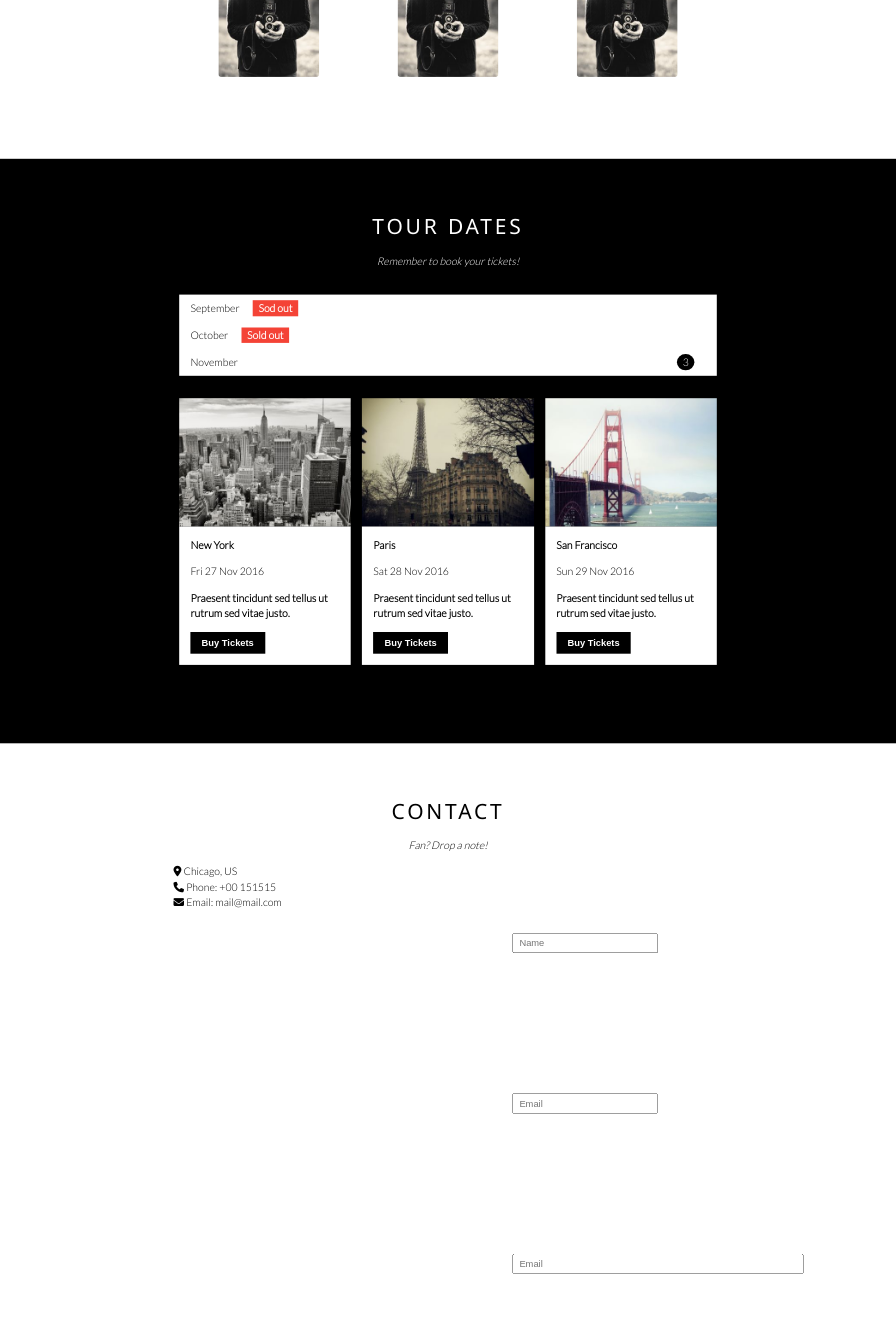
Repository: vanmanhAI/project-03-w3
Page: index.html
These files come from the project's save history. The page is drawn as it stood at one moment and after a run of saves; the edit follows.
The browser window is 1280 px wide. The pictures show the part of the page from y = 1127 to 3047 px (the page is 3047 px tall before and 2428 px after), at 70% of full size.
Some web libraries are served in a nearby version.

Above is the page before, as saved 2022-07-13 10:37:49.

### index.html
<!DOCTYPE html>
<html lang="en">
<head>
    <meta charset="UTF-8">
    <meta http-equiv="X-UA-Compatible" content="IE=edge">
    <meta name="viewport" content="width=device-width, initial-scale=1.0">
    <title>Document</title>
    <link rel="stylesheet" href="./assets/css/style.css">
    <!-- icons -->
    <link rel="stylesheet" href="https://cdnjs.cloudflare.com/ajax/libs/font-awesome/6.1.1/css/all.min.css" integrity="sha512-KfkfwYDsLkIlwQp6LFnl8zNdLGxu9YAA1QvwINks4PhcElQSvqcyVLLD9aMhXd13uQjoXtEKNosOWaZqXgel0g==" crossorigin="anonymous" referrerpolicy="no-referrer" />
    <!-- font -->
    <link rel="preconnect" href="https://fonts.googleapis.com">
<link rel="preconnect" href="https://fonts.gstatic.com" crossorigin>
<link href="https://fonts.googleapis.com/css2?family=Lato:wght@300&display=swap" rel="stylesheet">
</head>
<body>
    <div id="main">
        <div id="header">
            <ul id="nav">
                <li><a href="#">home</a></li>
                <li><a href="#content-band">band</a></li>
                <li><a href="#content-tour">tour</a></li>
                <li><a href="#">contact</a></li>
                <li>
                    <a href="#">
                        more
                        <i class="fa-solid fa-caret-down subnav-caret"></i>
                    </a>
                    <ul class="subnav">
                        <li><a href="#">merchandise</a></li>
                        <li><a href="#">extras</a></li>
                        <li><a href="#">media</a></li>
                    </ul>
                </li>
            </ul>
            <i class="fa-solid fa-magnifying-glass header-search"></i>
        </div>

        <div id="slider">
            <div class="slider-desc">
                <h3 class="slider-name">chicago</h3>
                <b class="slider-content">Thank you, Chicago - A night we won't forget.</b>
            </div>
        </div>

        <div id="content">
            <div class="content-section" id="content-band">
                <h3 class="section-heading" >the band</h3>
                <p class="section-sub-heading">We love music</p>
                <p class="about">We have created a fictional band website. Lorem ipsum dolor sit amet, consectetur adipiscing elit, sed do eiusmod tempor incididunt ut labore et dolore magna aliqua. Ut enim ad minim veniam, quis nostrud exercitation ullamco laboris nisi ut aliquip ex ea commodo consequat. Duis aute irure dolor in reprehenderit in voluptate velit esse cillum dolore eu fugiat nulla pariatur. Excepteur sint occaecat cupidatat non proident, sunt in culpa qui officia deserunt mollit anim id est laborum consectetur adipiscing elit, sed do eiusmod tempor incididunt ut labore et dolore magna aliqua. Ut enim ad minim veniam, quis nostrud exercitation ullamco laboris nisi ut aliquip ex ea commodo consequat.</p>
                <div class="members-list text-center">
                    <div class="col col-third">
                        <p class="member-name">name</p>
                        <img src="./assets/img/Band/member1.jpg" alt="name" class="member-img">
                    </div>
                    <div class="col col-third">
                        <p class="member-name">name</p>
                        <img src="./assets/img/Band/member1.jpg" alt="name" class="member-img">
                    </div>
                    <div class="col col-third">
                        <p class="member-name">name</p>
                        <img src="./assets/img/Band/member1.jpg" alt="name" class="member-img">
                    </div>
                </div>
            </div>
            <div class="tour-section">
                <div class="content-section" id="content-tour">
                    <h3 class="section-heading text-white">tour dates</h3>
                    <p class="section-sub-heading text-white">Remember to book your tickets!</p>
                    <br>
                    <ul class="tickets-list">
                        <li>September <span class="sold-out">Sod out</span></li>
                        <li>October <span class="sold-out">Sold out</span></li>
                        <li>November <span class="quantity">3</span></li>
                    </ul>
                    <div class="places-list row">
                        <div class="col-third col">
                            <img src="./assets/img/Places/newyork.jpg" alt="New York" class="place-img">
                            <div class="place-body">
                                <h4 class="place-heading">new york</h4>
                                <p class="place-time">Fri 27 Nov 2016</p>
                                <p class="place-desc">Praesent tincidunt sed tellus ut rutrum sed vitae justo.</p>
                                <button class="place-buy-btn js-buy-ticket">Buy Tickets</button>
                            </div>
                        </div>
                        <div class="col-third col">
                            <img src="./assets/img/Places/paris.jpg" alt="Paris" class="place-img">
                            <div class="place-body">
                                <h4 class="place-heading">paris</h4>
                                <p class="place-time">Sat 28 Nov 2016</p>
                                <p class="place-desc">Praesent tincidunt sed tellus ut rutrum sed vitae justo.</p>
                                <button class="place-buy-btn js-buy-ticket">Buy Tickets</button>
                            </div>
                        </div>
                        <div class="col-third col">
                            <img src="./assets/img/Places/sanfran.jpg" alt="San Francisco" class="place-img">
                            <div class="place-body">
                                <h4 class="place-heading">san francisco</h4>
                                <p class="place-time">Sun 29 Nov 2016</p>
                                <p class="place-desc">Praesent tincidunt sed tellus ut rutrum sed vitae justo.</p>
                                <button class="place-buy-btn js-buy-ticket">Buy Tickets</button>
                            </div>
                        </div>
                    </div>
                </div>
            </div>
            <div class="content-section">
                <h3 class="section-heading">contact</h3>
                <p class="section-sub-heading">Fan? Drop a note!</p>
                <div class="row">
                    <div class="col col-half">
                        <p>
                            <i class="fa-solid fa-location-dot"></i>
                            Chicago, US
                        </p>
                        <p>
                            <i class="fa-solid fa-phone"></i>
                            Phone: +00 151515
                        </p>
                        <p>
                            <i class="fa-solid fa-envelope"></i>
                            Email: mail@mail.com
                        </p>
                    </div>
                    <div class="col col-half">
                        <form action="">
                            <div class="row">
                                <input type="text" name="" id="" class="form-control col col-half" placeholder="Name">
                                <input type="email" name="" id="" class="form-control col col-half" placeholder="Email">
                            </div>
                            <div class="row">
                                <input type="email" name="" id="" class="form-control col col-full" placeholder="Email">
                            </div>
                        </form>
                    </div>
                </div>
            </div>
        </div>
        <div id="footer"></div>
    </div>
    <div class="modal js-modal">
        <div class="modal-container js-modal-container">
            <div class="modal-header">
                <button class="modal-close js-modal-close">✕</button>
                <h3 class="modal-heading">
                    <i class="fa-solid fa-suitcase modal-bag"></i>
                    Tickets
                </h3>
            </div>
            <div class="modal-body">
                <label for="ticket-quantity" class="modal-label">
                    <i class="fa-solid fa-cart-shopping modal-shopping"></i>
                    Tickets, $15 per person
                </label>
                <input type="text" name="" id="ticket-quantity" placeholder="How many?" class="modal-input">
                <label for="ticket-email" class="modal-label">
                    <i class="fa-solid fa-user modal-user"></i>
                    Send To
                </label>
                <input type="text" name="" id="ticket-email" placeholder="Enter email" class="modal-input">
                <button class="modal-btn-pay">
                    PAY
                    <i class="fa-solid fa-check modal-check"></i>
                </button>
                <button class="modal-btn-close js-modal-close">
                    Close
                    <i class="fa-solid fa-xmark modal-xmark"></i>
                </button>
                <p class="modal-assit">
                    Need
                    <a href="#" class="modal-help">help?</a>
                </p>
            </div>
        </div>
    </div>
    <script>
        const buyBtns = document.querySelectorAll('.js-buy-ticket')
        const modal = document.querySelector('.js-modal')
        const modalCloses = document.querySelectorAll('.js-modal-close')
        const modalContainer = document.querySelector('.js-modal-container')
        modal.addEventListener('click', closeModal)
        modalContainer.addEventListener('click', function (event) {
            event.stopPropagation()
        })
        function closeModal() {
            modal.classList.remove('open')
        }
        function showBuyTicKets() {
            modal.classList.add('open')
        }
        for(const modalClose of modalCloses) {
            modalClose.addEventListener('click', closeModal)
        }
        for(const buyBtn of buyBtns) {
            buyBtn.addEventListener('click',  showBuyTicKets)
        }
    </script>
</body>
</html>

### assets/css/style.css
* {
    padding: 0;
    margin: 0;
    box-sizing: border-box;
}
html {
    font-size: 62.5%;
}
:root {
    --lineheight-nav: 2.25rem;
    --padding-nav: 1.2rem;
}
/* common */
.text-white {
    color: #fff ! important;
}
.text-center {
    text-align: center ! important;
}
.row {
    margin-left: -1.6rem;
    margin-right: -1.6rem;
}
.col {
    float: left;
    padding-left: 0.8rem;
    padding-right: 0.8rem;
}
.col-full {
    width: 100%;
}
.col-half {
    width: 50%;
}
.col-third {
    width: calc(100%/3);
}
/* main */
#main {

}
#header {
    position: fixed;
    z-index: 1;
    top: 0;
    left: 0;
    right: 0;
    background: #000;
    font-size: 1.5rem;
    font-family: 'Lato', sans-serif;
    font-weight: bold;
    line-height: var(--lineheight-nav);
}
#header:after {
    content: "";
    display: block;
    clear: both;
}
#header .header-search {
    color: #fff;
    display: block;
    float: right;
    padding: var(--padding-nav) 2.4rem;
    line-height: var(--lineheight-nav);
    cursor: pointer;
}
#header .header-search:hover {
    background: #f44336
}
#header #nav>li {
    position: relative;
    text-align: center;
    cursor: pointer;
    float: left;
}
#header #nav>li>a {
    display: block;
    padding: var(--padding-nav) 2.4rem;
}
#header #nav>li:last-child:hover .subnav {
    width: 16rem;
}
#header #nav li:hover {
    background: #ccc;
}
#header #nav>li:hover>a {
    color: #000;
}
#nav li {
    list-style-type: none;
    position: relative;
}
#nav li .subnav-caret {
    text-transform: none;
    text-align: center;
}
#nav li a {
    color: #fff;
    text-decoration: none;
    text-transform: uppercase;
}
#nav .subnav {
    position: absolute;
    width: 0;
    overflow: hidden;
    top: 100%;
    left: 0;
    background: #fff;
    color: #000;
    box-shadow: 0 0 4px 0 #ccc;
    transition: width 0.3s linear;
}
#nav .subnav li {
    padding: 0.8rem 1.6rem;
    text-align: left;
    min-width: 16rem;
}
#nav .subnav li a {
    color: #000;
    text-transform: capitalize;
}
#slider {
    position: relative;
    margin-top: calc(var(--lineheight-nav) + 2*var(--padding-nav));
    background: #ccc;
    padding-top: 50%;
    max-height: 100vh;
    background: url('/assets/img/sliders/chicago.jpg') top/cover no-repeat
}
.slider-desc{
    position: absolute;
    bottom: 0;
    left: 50%;
    transform: translatex(-50%);
    color: #fff;
    padding: 3.2rem 1.6rem;
    text-align: center;
    font-size: 1.5rem;
    font-family: 'Lato', sans-serif;

}
.slider-name{
    text-transform: capitalize;
    font-size: 2.4rem;
    line-height: 3.6rem;
    margin: 1rem 0;
}
.slider-content{
    line-height: 1.5;
    font-size: 1.5rem;
}
#content {
    line-height: 1.5;
}
#content .content-section {
    max-width: 80rem;
    margin: 0 auto;
    padding: 6.4rem 1.6rem;
    font-size: 1.5rem;
    font-family: 'Lato', sans-serif;
}
#content .section-heading {
    font-size: 3rem;
    text-transform: uppercase;
    line-height: 4.5rem;
    margin: 1rem 0;
    text-align: center;
    letter-spacing: 0.4rem;
    font-family: "Segoe UI",Arial,sans-serif;
    font-weight: 400;
}
#content .section-sub-heading {
    text-align: center;
    font-style: italic;
    font-weight: 100;
    margin: 1.5rem 0;
}
#content .content-section .about {
    text-align: justify;
    font-weight: bold;
    margin: 1.5rem 0;
    word-spacing: 0.1rem;
}
#content .members-list {
    padding: 3.2rem 0;
}
#content .members-list:after {
    content: "";
    display: block;
    clear: both;
}
#content .members-list .member-name {
    margin: 1.5rem 0;
    text-transform: capitalize;
    font-weight: bold;
}
#content .members-list .member-img{
    width: 60%;
    border-radius: 0.4rem;
    margin: 0 0 1.6rem;
}
#content .tour-section {
    background: #000;
}
#content .tour-section .tickets-list {
    background: #fff;
    list-style-type: none;
}
#content .tickets-list li {
    padding: 0.8rem 1.6rem;
}
#content .tickets-list .sold-out {
    display: inline-block;
    padding: 0 0.8rem;
    color: #fff;
    background: #f44336;
    margin-left: 1.6rem;
    text-align: center;
    font-weight: bold;
}
#content .tickets-list .quantity {
    display: block;
    padding: 0 0.8rem;
    background: #000;
    color: #fff;
    border-radius: 50%;
    float: right;
    margin-right: 1.6rem;
}
#content .places-list {
    padding: 3.2rem 0.8rem 4.8rem;
}
#content .places-list:after {
    content: "";
    display: block;
    clear: both;
}
#content .places-list .place-img {
    width: 100%;
    vertical-align: middle;
}
#content .places-list .place-img:hover {
    opacity: 0.6;
}
#content .places-list .place-body{
    background: #fff;
    padding: 0.015rem 1.6rem;
}
#content .places-list .place-heading{
    margin: 1.5rem 0;
    text-transform: capitalize;
    font-weight: 700;
}
#content .places-list .place-time{
    margin: 1.5rem 0;
}
#content .places-list .place-desc{
    margin: 1.5rem 0;
    font-weight: bold;
}
#content .places-list .place-buy-btn{
    display: inline-block;
    padding: 0.8rem 1.6rem;
    border: none;
    background: #000;
    color: #fff;
    margin-bottom: 1.6rem;
    font-weight: bold;
}
#content .places-list .place-buy-btn:hover {
    background: #ccc;
    color: #000;
}
.modal {
    display: none;
    position: fixed;
    z-index: 3;
    top: 0;
    left: 0;
    right: 0;
    bottom: 0;
    background: rgba(0, 0, 0, 0.4);
    font-size: 1.5rem;
    font-family: "Segoe UI",Arial,sans-serif;
    line-height: 2.25rem;
    padding: 100px 16px;
}
.modal.open {
    display: block;
}
.modal .modal-container {
    position: relative;
    z-index: 2;
    box-shadow: 0 4px 10px rgba(0, 0, 0, 0.4);
    max-width: 900px;
    margin: auto;
}
.modal.open .modal-container {
    animation:  modalFadeIn 0.5s ease;
}
.modal .modal-container .modal-header {
    position: relative;
    color: #fff;
    background: #009688;
    text-align: center;
    padding: 3.2rem 1.6rem;
}
.modal .modal-header .modal-close {
    position: absolute;
    top: 0;
    right: 0;
    line-height: 3.6rem;
    padding: 0.8rem 1.6rem;
    font-size: 1.5rem;
    border: none;
    background: transparent;
}
.modal .modal-header .modal-close:hover {
    background: #ccc;
    color: #000;
}
.modal .modal-header .modal-heading {
    font-weight: 400;
    font-size: 3rem;
    line-height: 4.5rem;
    margin: 1rem 0;
    letter-spacing: 0.4rem;
}
.modal .modal-header .modal-bag{
    font-size: 2.7rem;
}
.modal .modal-container .modal-body {
    padding: 0.015rem 1.6rem;
    background: #fff;
}
.modal-container .modal-body:after {
    content: "";
    display: block;
    clear: both;
}
.modal .modal-body .modal-label {
    display: block;
    margin: 1.5rem 0;
}
.modal .modal-body .modal-input {
    display: block;
    width: 100%;
    border: 1px solid #ccc;
    padding: 8px;
    font-family: "Segoe UI",Arial,sans-serif;
    font-size: 1.5rem;
    line-height: 2.25rem;
}
.modal .modal-container .modal-btn-pay {
    display: block;
    width: 100%;
    border: none;
    margin: 1.6rem 0;
    padding: 1.6rem;
    background: #009688;
    color: #fff;
    text-align: center;
}
.modal .modal-container .modal-btn-pay:hover {
    background: #ccc;
    color: #000;
}
.modal .modal-container .modal-btn-close {
    border: none;
    margin: 1.6rem 0;
    padding: 0.8rem 1.6rem;
    float: left;
    background: #f44336;
    color: #fff;
    font-weight: bold;
    font-family: "Segoe UI",Arial,sans-serif;
    font-size: 1.5rem;
    line-height: 2.25rem;
}
.modal-container .modal-btn-close:hover {
    background: #ccc;
    color: #000;
}
.modal .modal-container .modal-assit {
    float: right;
    margin: 1.5rem 0;
}
.modal-container .modal-assit .modal-help {
    color: #2196f3;
    font-family: "Segoe UI",Arial,sans-serif;
}
@keyframes modalFadeIn {
    from {
        transform: translateY(-125%);
        opacity: 0;
    }
    to {
        transform: translateY(0);
        opacity: 1;
    }
}
.footer {

}
input {
    margin: 100px;
    width: 100px;
    padding: 5px 10px
}

After the next 3 saves:
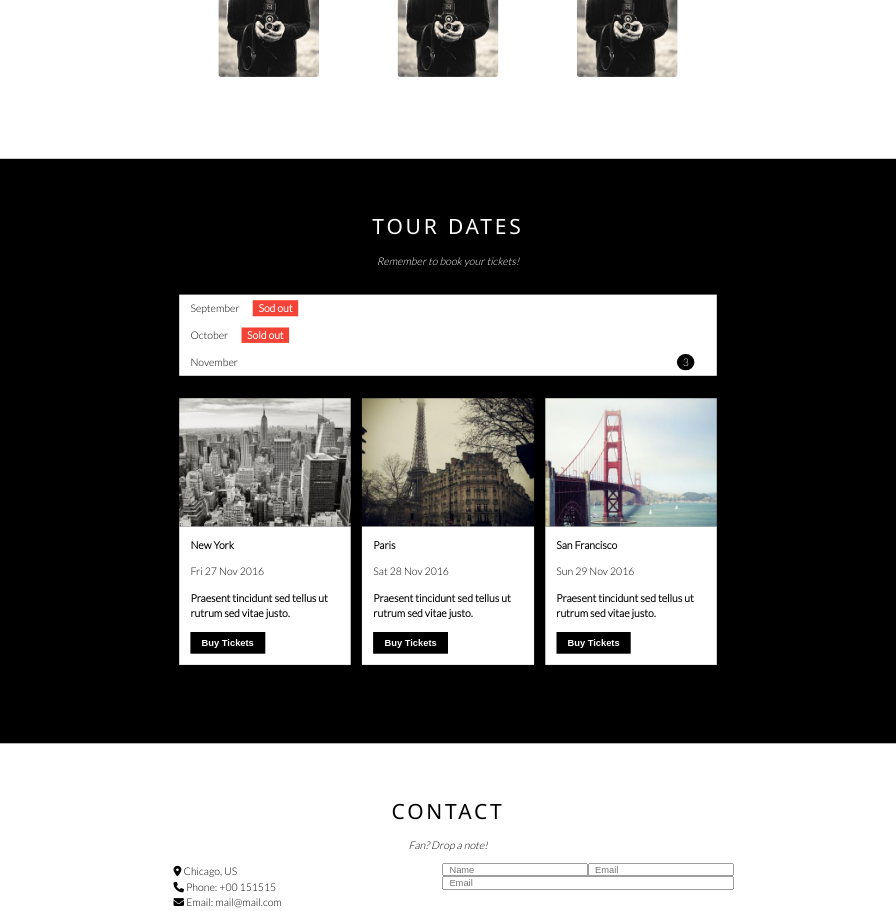
The 3 saves are shown as one change because they came seconds apart.
The last was saved 12 s later.
--- a/assets/css/style.css
+++ b/assets/css/style.css
@@ -402,8 +402,3 @@ html {
 .footer {
 
 }
-input {
-    margin: 100px;
-    width: 100px;
-    padding: 5px 10px
-}
